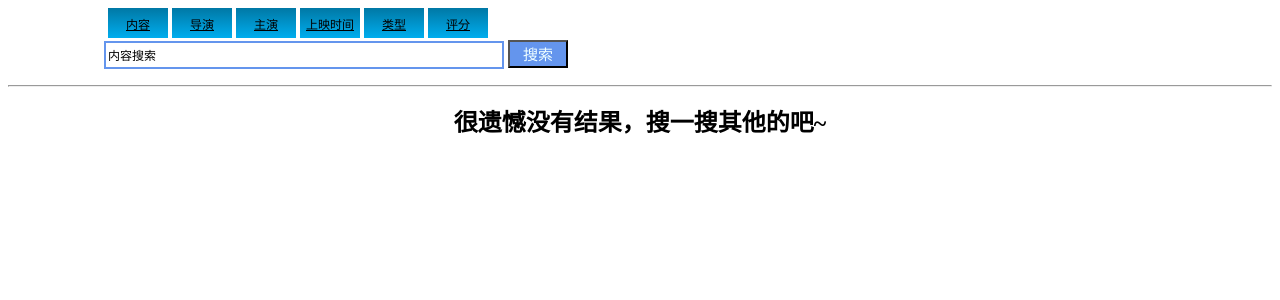
Repository: LuXiaohang/javaMVC
Page: http://localhost/Film/error.jsp
These files come from the project's save history. The page is drawn as it stood at one moment and after the next save; the edit follows.
The browser window is 1280 px wide. The pictures show the whole page.
The page is served by Tomcat 9. Other server files are loaded and not shown.

Above is the page before, as saved 2015-01-19 13:36:44.

### Film/WebContent/error.jsp
<%@ page 	 contentType="text/html; charset=UTF-8" pageEncoding="UTF-8" import="java.util.*"%>
<html>
<head>
 <title><% out.print("Momovie"); %></title>
	<script language="javascript" type="text/javascript">
function check(value)
{
	if(value=="内容")
	{
	  document.getElementById('name').style.display="block";
	  document.getElementById('director').style.display="none";
	  document.getElementById('role').style.display="none";
	  document.getElementById('type').style.display="none";
	  document.getElementById('score').style.display="none";
	  document.getElementById('time').style.display="none";
	}
	else if(value=="导演")
	{
	  document.getElementById('name').style.display="none";
	  document.getElementById('director').style.display="block";
	  document.getElementById('role').style.display="none";
	  document.getElementById('type').style.display="none";
	  document.getElementById('score').style.display="none";
	  document.getElementById('time').style.display="none";
	}
	else if(value=="主演")
	{
	  document.getElementById('name').style.display="none";
	  document.getElementById('director').style.display="none";
	  document.getElementById('role').style.display="block";
	  document.getElementById('type').style.display="none";
	  document.getElementById('score').style.display="none";
	  document.getElementById('time').style.display="none";
	}
	else if(value=="类型")
	{
	  document.getElementById('name').style.display="none";
	  document.getElementById('director').style.display="none";
	  document.getElementById('role').style.display="none";
	  document.getElementById('type').style.display="block";
	  document.getElementById('score').style.display="none";
	  document.getElementById('time').style.display="none";
	}
	else if(value=="评分")
	{
	  document.getElementById('name').style.display="none";
	  document.getElementById('director').style.display="none";
	  document.getElementById('role').style.display="none";
	  document.getElementById('type').style.display="none";
	  document.getElementById('score').style.display="block";
	  document.getElementById('time').style.display="none";
	}
	else if(value=="上映时间")
	{
	  document.getElementById('name').style.display="none";
	  document.getElementById('director').style.display="none";
	  document.getElementById('role').style.display="none";
	  document.getElementById('type').style.display="none";
	  document.getElementById('score').style.display="none";
	  document.getElementById('time').style.display="block";
	}
}
</script>

 <style type="text/css">
    .search{
        margin-left:96px;
        width: 800px;
        height:50px;
    }

    .search_key{
    	margin-left:96px;
        font-style:"微软雅黑";
        font-size:12px;
        width: 400px;
        height: 28px;
        border: 2px solid CornflowerBlue;
    }

    .submit{
        font-style:"微软雅黑";
        font-size:15px;
        color:Azure;
        background:CornflowerBlue ;
        width:60px;
        height: 28px;
    }
     .button
    {
    	width:60px;
    	height:30px;
    	font-style:"微软雅黑";
        font-size:12px;
        color:Azure;
        background:White ;
        border:0;
        text-decoration:underline;
    }
</style>
<meta http-equiv="Content-Type" content="text/html; charset=UTF-8">

<style type="text/css">
.tit {
	font-family: "华文行楷", "微软雅黑", "微软雅黑";
	font-size: xx-large;
}

.button  {
	color: #80bed6;
	background: -webkit-gradient(linear, left top, left bottom, from(#0078a5), to(#00adee));
    background: -moz-linear-gradient(top,  #0078a5,  #00adee);
    filter:  progid:DXImageTransform.Microsoft.gradient(startColorstr='#0078a5', endColorstr='#00adee');

 }

 .button1{
width:96px;
    	height:30px;
    	font-style:"微软雅黑";
        font-size:12px;
        color:Azure;
        background:White ;
        border:0;
 }

 .name{
    font-family: "华文仿宋";
	font-size: large;
	font-weight: 800;
 }

</style>


</head>
<body>

<FORM action="<%=request.getContextPath()%>/FilmServlet" METHOD="post">
		  <input type="button" class="button1">
          <input type="button" style=" color:black" class="button" value="内容" onclick="javascript:check(this.value);">
		  <input type="button" style=" color:black" class="button" value="导演" onclick="javascript:check(this.value);">
		  <input type="button" style=" color:black" class="button" value="主演" onclick="javascript:check(this.value);">
		  <input type="button" style=" color:black" class="button" value="上映时间" onclick="javascript:check(this.value);">
	      <input type="button" style=" color:black" class="button" value="类型" onclick="javascript:check(this.value);">
	      <input type="button" style=" color:black" class="button" value="评分" onclick="javascript:check(this.value);">

<div id="name" style="display: block;">
  <input type="text" name="name" class="search_key" value="内容搜索" >
  <input type="submit" class="submit" value="搜索">
</div>
<div id="director" style="display: none;">
<input type="text" name="director" class="search_key" value="导演搜索" >
<input type="submit" class="submit" value="搜索">
</div>
<div id="role" style="display: none;">
 <input type="text" name="role" class="search_key" value="主演搜索" >
 <input type="submit" class="submit" value="搜索">
</div>
<div id="type" style="display: none;">
<FONT face="华文仿宋" size=4>
    <select name="type" class="search_key"">
       <option value="null">请选择类型</option>
       <option value="科幻">科幻</option>
       <option value="悬疑">悬疑</option>
       <option value="喜剧">喜剧</option>
       <option value="爱情">爱情</option>
       <option value="惊悚">惊悚</option>
       <option value="动作">动作</option>
       <option value="剧情">剧情</option>
       <option value="犯罪">犯罪</option>
       <option value="冒险">冒险</option>
       <option value="传记">传记</option>
    </select></FONT>
    <input type="submit" class="submit" value="搜索">
</div>
<div id="score" style="display: none;">
<FONT face="华文仿宋" size=4>
    <select name="score" class="search_key"">
       <option value="null">请选择评分</option>
       <option value="5">5.0-6.0</option>
       <option value="6">6.0-7.0</option>
       <option value="7">7.0-8.0</option>
       <option value="8">8.0-9.0</option>
       <option value="9">9.0-10.0</option>
    </select></FONT>
    <input type="submit" class="submit" value="搜索">
</div>
<div id="time" style="display:none;">
<FONT face="华文仿宋" size=4>
    <select name="time" class="search_key"">
       <option value="null">请选择时间(该时间之后上映的电影)</option>
       <option value="1900">1900</option>
       <option value="1950">1950</option>
       <option value="1990">1990</option>
       <option value="1995">1995</option>
       <option value="2000">2000</option>
       <option value="2005">2005</option>
       <option value="2010">2010</option>
       <option value="2012">2012</option>
       <option value="2014">2014</option>
       <option value="2015">2015</option>
    </select></FONT>
    <input type="submit" class="submit" value="搜索">
</div>


</FORM>


<HR><P></P>
<center>
<B><FONT SIZE = 5 >很遗憾没有结果，搜一搜其他的吧~</FONT></B>
</center>

</body>
</html>

After the next save:
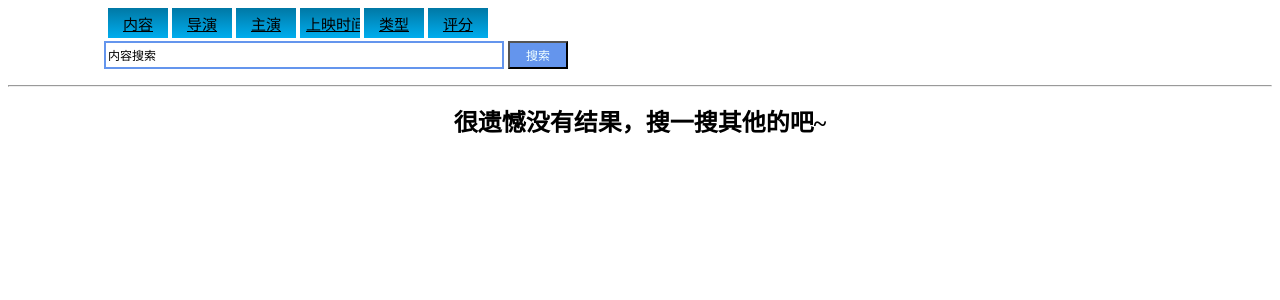
Saved 11 s later.
--- a/Film/WebContent/error.jsp
+++ b/Film/WebContent/error.jsp
@@ -80,7 +80,7 @@
 
     .submit{
         font-style:"微软雅黑";
-        font-size:15px;
+        font-size:12px;
         color:Azure;
         background:CornflowerBlue ;
         width:60px;
@@ -91,7 +91,7 @@
     	width:60px;
     	height:30px;
     	font-style:"微软雅黑";
-        font-size:12px;
+        font-size:15px;
         color:Azure;
         background:White ;
         border:0;
